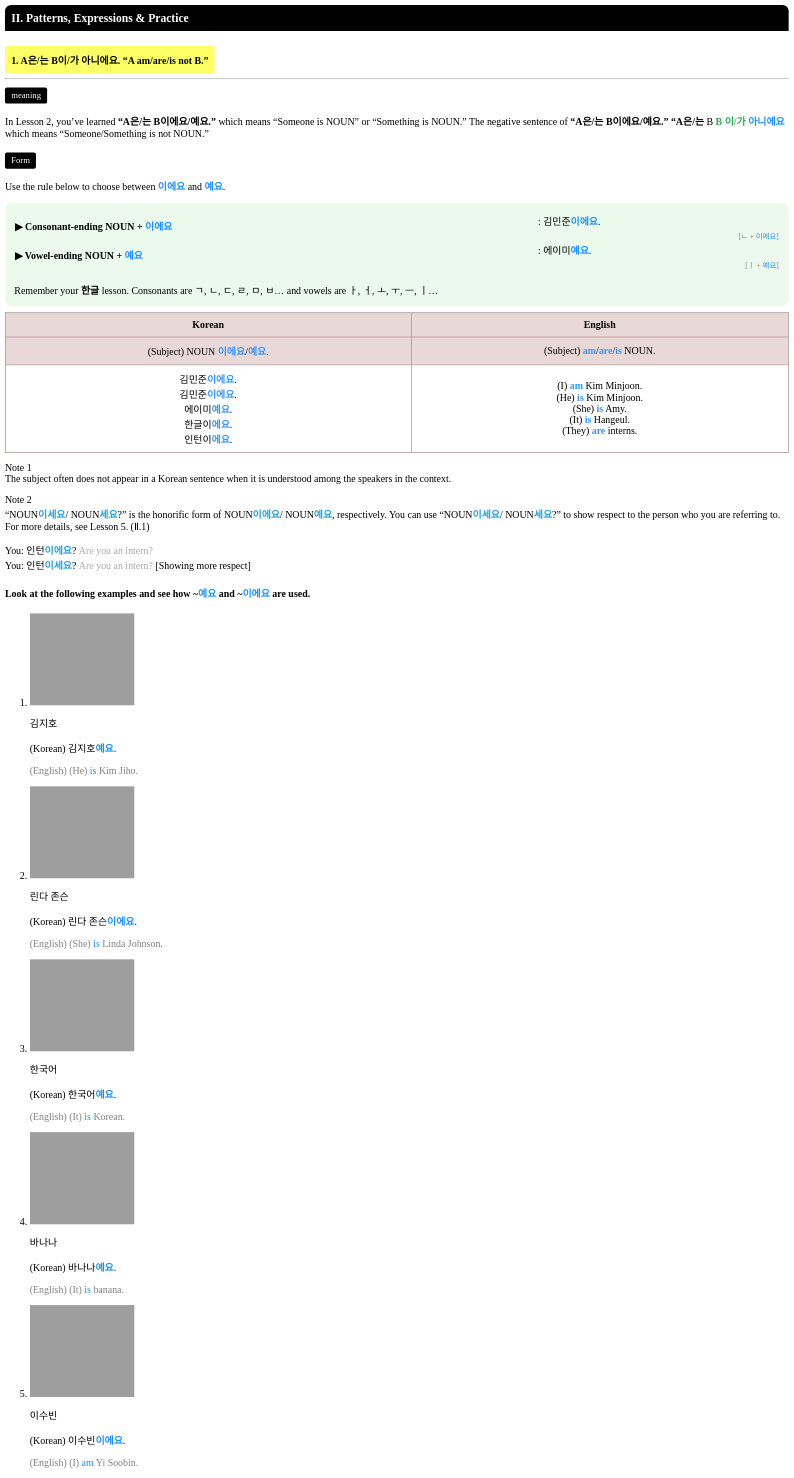
Repository: elliehong89/pineapple-content
Page: 1.anytimekorea/chap3/섹션6.html
An editor plug-in stored every save of this project. The page is shown before and after the next save, followed by the edit.
The browser window is 1280 px wide. The pictures show the whole page, at 62% of full size.
Pictures or frames that could not be fetched are drawn as grey boxes.

Above is the page before, as saved 2025-02-19 18:18:30.

After the next save:
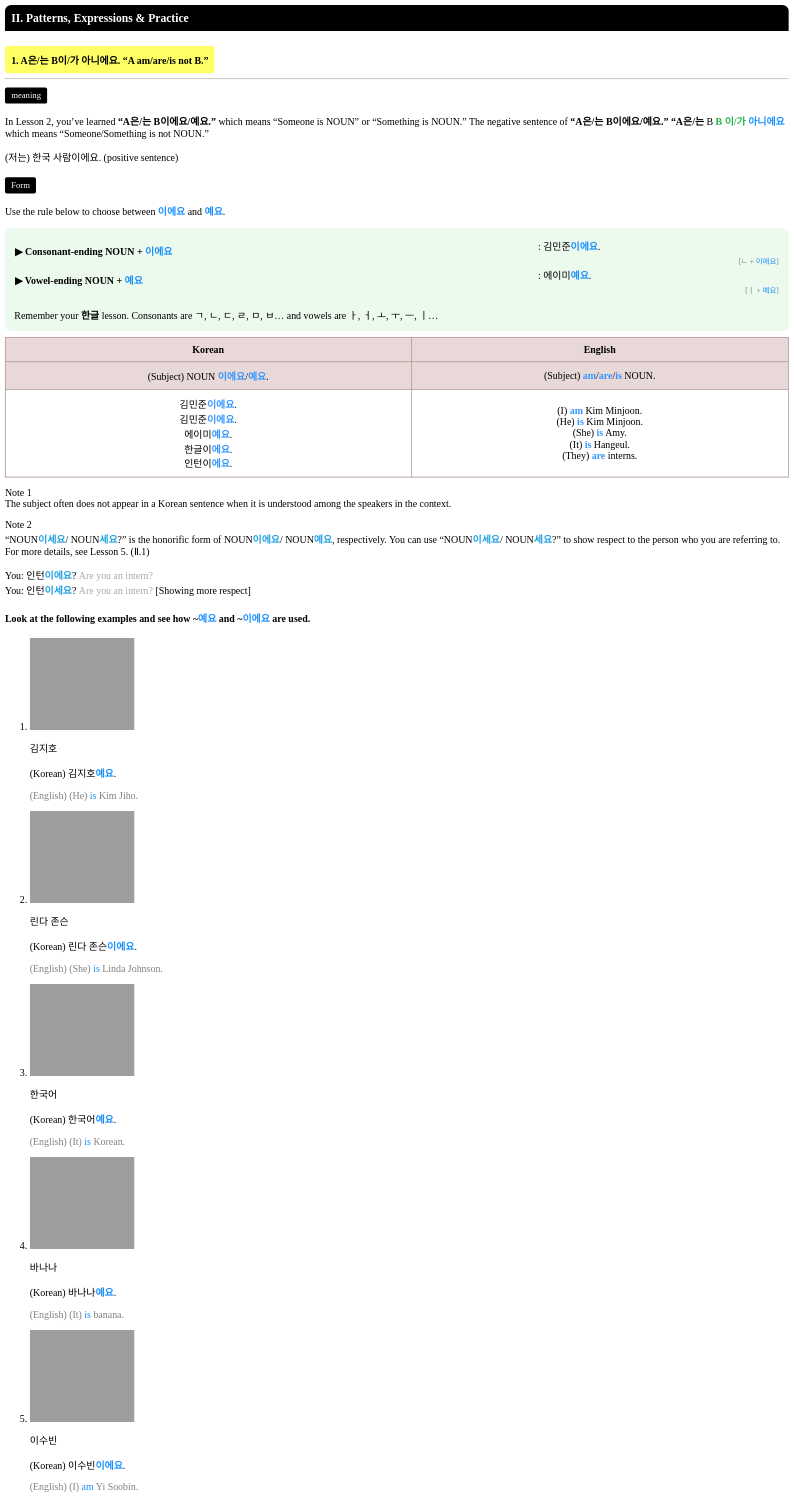
Saved 15 s later.
--- a/1.anytimekorea/chap3/섹션6.html
+++ b/1.anytimekorea/chap3/섹션6.html
@@ -18,7 +18,9 @@
     <span style="color: #1890FF; font-weight: bold;">아니에요</span>
     which means “Someone/Something is not NOUN.”
 </p>
-<p></p>
+<p>
+    (저는) 한국 사람이에요. (positive sentence)
+</p>
 
 <div style="margin-top: 5px; background-color: black; color: white; display: inline-block; padding: 5px 10px; border-radius: 3px; font-size: 14px;">
     Form
